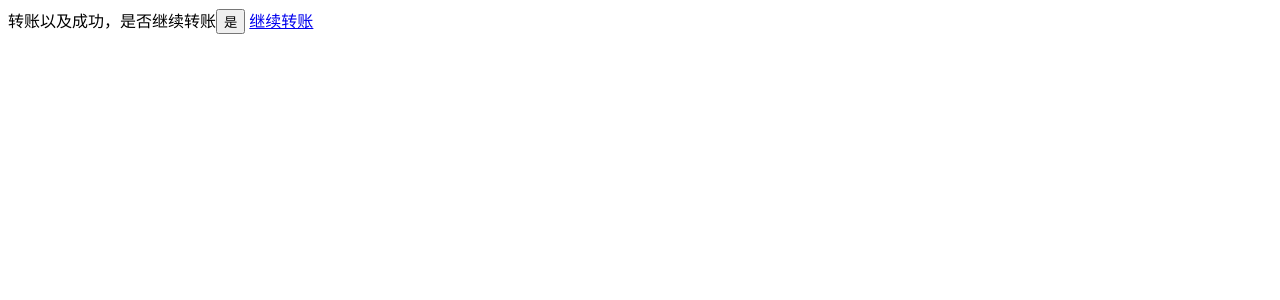
Repository: DataBoxWx/mvc_servlet_3
Page: http://localhost/mvc_1/continuetransfer.jsp
These files come from the project's save history. The page is drawn as it stood at one moment and after the next save; the edit follows.
The browser window is 1280 px wide. The pictures show the whole page.
The page is served by Tomcat 9. Other server files are loaded and not shown.

Above is the page before, as saved 2018-05-07 07:41:50.

### mvc_1/WebContent/continuetransfer.jsp
<%@ page language="java" contentType="text/html; charset=UTF-8"
    pageEncoding="UTF-8"%>
<%
	String basePath = request.getScheme() + "://" + request.getServerName() + ":" + 	request.getServerPort() + request.getContextPath() + "/";
%>
<!DOCTYPE html PUBLIC "-//W3C//DTD HTML 4.01 Transitional//EN" "http://www.w3.org/TR/html4/loose.dtd">
<html>
<head>
<base href="<%=basePath%>">
<meta http-equiv="Content-Type" content="text/html; charset=UTF-8">
<title>Insert title here</title>
</head>
<body>
	转账以及成功，是否继续转账<button id="btn">是</button>
	<a href="transfer.jsp">继续转账</a>
</body>
</html>

After the next save:
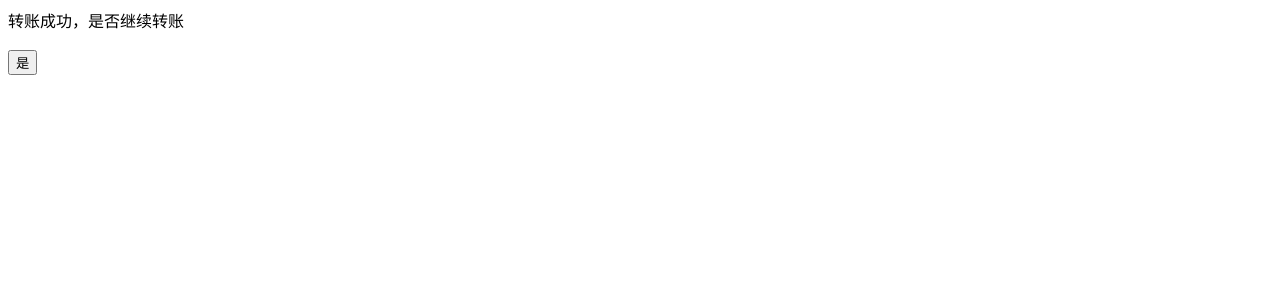
Console error: ReferenceError: $ is not defined
Saved 109 s later.
--- a/mvc_1/WebContent/continuetransfer.jsp
+++ b/mvc_1/WebContent/continuetransfer.jsp
@@ -8,10 +8,18 @@
 <head>
 <base href="<%=basePath%>">
 <meta http-equiv="Content-Type" content="text/html; charset=UTF-8">
+<script type="text/javascript" scr="js/jquery-1.8.3.min.js"></script>
 <title>Insert title here</title>
+<script type="text/javascript">
+	$(function(){
+		$("#btn").click(function(){
+			window.location.href="transfer.jsp";
+		})
+	})
+</script>
 </head>
 <body>
-	转账以及成功，是否继续转账<button id="btn">是</button>
-	<a href="transfer.jsp">继续转账</a>
+	转账成功，是否继续转账<br/><br/>
+	<button id="btn">是</button>
 </body>
 </html>
